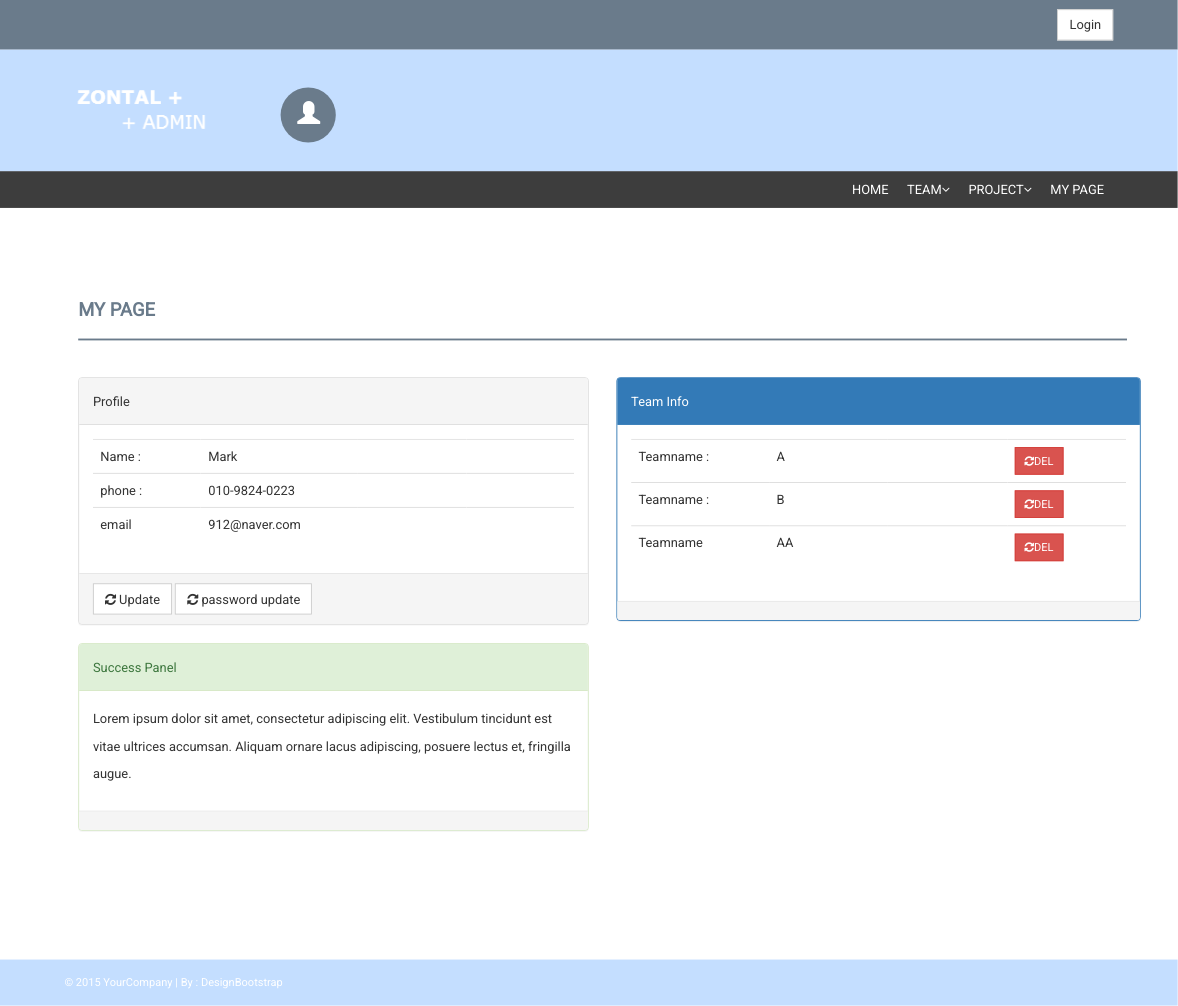
Repository: hwju91/skuniv
Page: http://localhost/0903.2/WEB-INF/jsp/mypage.jsp
These files come from the project's save history. The page is drawn as it stood at one moment and after the next save; the edit follows.
The browser window is 1280 px wide. The pictures show the whole page, at 92% of full size.
The page is served by Tomcat 9. Nobody is signed in. Other server files are loaded and not shown. The template is opened directly, without the code that normally fills it, so the values that code supplies are empty.

Above is the page before, as saved 2016-09-06 10:28:50.

### 0903.2/WebContent/WEB-INF/jsp/mypage.jsp
<%@ page language="java" contentType="text/html; charset=UTF-8"
	pageEncoding="UTF-8"%>
<jsp:include page="header_index.jsp" />
<jsp:include page="nav.jsp" />
<jsp:include page="menu_mypage.jsp" />


 <div class="content-wrapper">
            <div class="container">

            <div class="row">
				<div class="col-md-12">
					<h1 class="page-head-line">My page</h1>
				</div>
			</div>


			 <div class="row">
                <div class="col-md-6 col-sm-6">
                    <div class="panel panel-default">
                        <div class="panel-heading">
                            Profile
                        </div>
                        <div class="panel-body">
                            <div class="table-responsive">
                                <table class="table">
                                    <thead>
                                        <!-- <tr>
                                            <th>#</th>
                                            <th>First Name</th>
                                            <th>Last Name</th>
                                            <th>Username</th>
                                        </tr> -->
                                    </thead>
                                    <tbody>
                                        <tr>
                                            <td>Name :</td>
                                            <td>Mark</td>
                                            <td> </td>
                                            <td> </td>
                                        </tr>
                                        <tr>
                                            <td>phone : </td>
                                            <td>010-9824-0223</td>
                                            <td></td>
                                            <td></td>
                                        </tr>
                                        <tr>
                                            <td>email</td>
                                            <td>912@naver.com</td>
                                            <td></td>
                                            <td></td>
                                        </tr>

                                    </tbody>
                                </table>
                            </div>
                        </div>


                        <div class="panel-footer">
                            <a href="#" class="btn btn-default"><i class=" fa fa-refresh "></i> Update</a>
                            <a href="#" class="btn btn-default"><i class=" fa fa-refresh "></i> password update</a>
                        </div>
                    </div>

                </div>
                <div class="row">
                <div class="col-md-6 col-sm-6">
                    <div class="panel panel-primary">
                        <div class="panel-heading">
                            	Team Info
                        </div>
                         <div class="panel-body">
                            <div class="table-responsive">
                                <table class="table">
                                    <thead>
                                        <!-- <tr>
                                            <th>#</th>
                                            <th>First Name</th>
                                            <th>Last Name</th>
                                            <th>Username</th>
                                        </tr> -->
                                    </thead>
                                    <tbody>
                                        <tr>
                                            <td>Teamname :</td>
                                            <td>A</td>
                                            <td> </td>
                                            <td>  <a href="#" class="btn btn-danger btn-sm"><i class=" fa fa-refresh "></i>DEL</a></td>
                                        </tr>
                                        <tr>
                                            <td>Teamname : </td>
                                            <td>B</td>
                                            <td></td>
                                            <td><a href="#" class="btn btn-danger btn-sm"><i class=" fa fa-refresh "></i>DEL</a></td>
                                        </tr>
                                        <tr>
                                            <td>Teamname</td>
                                            <td>AA</td>
                                            <td></td>
                                            <td><a href="#" class="btn btn-danger btn-sm"><i class=" fa fa-refresh "></i>DEL</a></td>
                                        </tr>

                                    </tbody>
                                </table>
                            </div>
                        </div>
                        <div class="panel-footer">
                        </div>
                    </div>
                </div>
                </div>
               <!--  <div class="col-md-6 col-sm-6">
                    <div class="panel panel-success">
                        <div class="panel-heading">
                            message
                        </div>

                        <div class="panel-footer">
                            Panel Footer
                        </div>
                    </div>
                </div> -->

                 <div class="col-md-6 col-sm-6">
                    <div class="panel panel-success">
                        <div class="panel-heading">
                            Success Panel
                        </div>
                        <div class="panel-body">
                            <p>Lorem ipsum dolor sit amet, consectetur adipiscing elit. Vestibulum tincidunt est vitae ultrices accumsan. Aliquam ornare lacus adipiscing, posuere lectus et, fringilla augue.</p>
                        </div>
                        <div class="panel-footer">
                             <!-- <a href="#" class="btn btn-default"><i class=" fa fa-refresh "></i> password update</a> -->
                        </div>
                    </div>
                </div>
            </div>

            <!-- <div class="row">
                <div class="col-md-10 col-sm-10">
                    <div class="panel panel-default">
                        <div class="panel-heading">
                            Basic Tabs
                        </div>
                        <div class="panel-body">
                            <ul class="nav nav-tabs">
                                <li class="active"><a href="#team" data-toggle="tab">Home</a>
                                </li>
                                <li class=""><a href="#profile" data-toggle="tab">Profile</a>
                                </li>
                                <li class=""><a href="#messages" data-toggle="tab">Messages</a>
                                </li>
                                <li class=""><a href="#settings" data-toggle="tab">Settings</a>
                                </li>
                            </ul>

                            <div class="tab-content">
                                <div class="tab-pane fade active in" id="team">
                                    <h4>Home Tab</h4>
                                    <p>Lorem ipsum dolor sit amet, consectetur adipisicing elit, sed do eiusmod tempor incididunt ut labore et dolore magna aliqua. Ut enim ad minim veniam, quis nostrud exercitation ullamco laboris nisi ut aliquip ex ea commodo consequat. Duis aute irure dolor in reprehenderit in voluptate velit esse cillum dolore eu fugiat nulla pariatur. Excepteur sint occaecat cupidatat non proident, sunt in culpa qui officia deserunt mollit anim id est laborum.</p>
                                </div>
                                <div class="tab-pane fade" id="profile">
                                    <h4>Profile Tab</h4>
                                    <p>Lorem ipsum dolor sit amet, consectetur adipisicing elit, sed do eiusmod tempor incididunt ut labore et dolore magna aliqua. Ut enim ad minim veniam, quis nostrud exercitation ullamco laboris nisi ut aliquip ex ea commodo consequat. Duis aute irure dolor in reprehenderit in voluptate velit esse cillum dolore eu fugiat nulla pariatur. Excepteur sint occaecat cupidatat non proident, sunt in culpa qui officia deserunt mollit anim id est laborum.</p>
                                </div>
                                <div class="tab-pane fade" id="messages">
                                    <h4>Messages Tab</h4>
                                    <p>Lorem ipsum dolor sit amet, consectetur adipisicing elit, sed do eiusmod tempor incididunt ut labore et dolore magna aliqua. Ut enim ad minim veniam, quis nostrud exercitation ullamco laboris nisi ut aliquip ex ea commodo consequat. Duis aute irure dolor in reprehenderit in voluptate velit esse cillum dolore eu fugiat nulla pariatur. Excepteur sint occaecat cupidatat non proident, sunt in culpa qui officia deserunt mollit anim id est laborum.</p>
                                </div>
                                <div class="tab-pane fade" id="settings">
                                    <h4>Settings Tab</h4>
                                    <p>Lorem ipsum dolor sit amet, consectetur adipisicing elit, sed do eiusmod tempor incididunt ut labore et dolore magna aliqua. Ut enim ad minim veniam, quis nostrud exercitation ullamco laboris nisi ut aliquip ex ea commodo consequat. Duis aute irure dolor in reprehenderit in voluptate velit esse cillum dolore eu fugiat nulla pariatur. Excepteur sint occaecat cupidatat non proident, sunt in culpa qui officia deserunt mollit anim id est laborum.</p>
                                </div>
                            </div>
                        </div>
                    </div>
                </div>

            </div> -->


        </div><!-- container end -->
    </div><!-- content-wrapper  -->



<jsp:include page="footer.jsp" />

### 0903.2/WebContent/WEB-INF/jsp/header_index.jsp
<%@ page language="java" contentType="text/html; charset=UTF-8"
    pageEncoding="UTF-8"%>
<!DOCTYPE html PUBLIC "-//W3C//DTD HTML 4.01 Transitional//EN" "http://www.w3.org/TR/html4/loose.dtd">
<html>
<head>
    <title>Winder</title>

    <link href="css/bootstrap.css" rel="stylesheet" />
    <link href="css/font-awesome.css" rel="stylesheet" />
    <link href="css/style.css" rel="stylesheet" />

	<style>
		.carousel-inner > .item > img,
		.carousel-inner > .item > a > img {
	      width: 90%;
	      height: 500px;
	      margin: auto;
	    }
	</style>

</head>
</head>

### 0903.2/WebContent/WEB-INF/jsp/nav.jsp
<%@ page language="java" contentType="text/html; charset=UTF-8"
    pageEncoding="UTF-8"%>
<body>
    <header>
        <div class="container">
            <div class="row">
                <div class="col-md-12">
                    <!-- <strong>Email: </strong>info@yourdomain.com
                    &nbsp;&nbsp;
                    <strong>Support: </strong>+90-897-678-44 -->
                    <%
                    if("loginok".equals((String)session.getAttribute("loginchk"))){
                    	%>
                    	<a class="btn btn-default" href="logout">Logout</a>
                    <%}
                    else{
                    %>
                    	<a class="btn btn-default" href="login">Login</a>
                    <% }%>

                </div>

            </div>
        </div>
    </header>
    <!-- HEADER END-->
    <div class="navbar navbar-inverse set-radius-zero">
        <div class="container">
            <div class="navbar-header">
                <button type="button" class="navbar-toggle" data-toggle="collapse" data-target=".navbar-collapse">
                    <span class="icon-bar"></span>
                    <span class="icon-bar"></span>
                    <span class="icon-bar"></span>
                </button>
                <a class="navbar-brand" href="index.html">
                    <img src="img/logo.png" />
                </a>

            </div>

            <div class="left-div">
                <div class="user-settings-wrapper">
                    <ul class="nav">

                        <li class="dropdown">
                            <a class="dropdown-toggle" data-toggle="dropdown" href="#" aria-expanded="false">
                                <span class="glyphicon glyphicon-user" style="font-size: 25px;"></span>
                            </a>
                            <div class="dropdown-menu dropdown-settings" style="color: #fff">
                                <div class="media">
                                    <a class="media-left" href="#">
                                        <img src="img/64-64.jpg" alt="" class="img-rounded" />
                                    </a>
                                    <div class="media-body">
                                        <h4 class="media-heading">Jhon Deo Alex </h4>
                                        <h5>Developer & Designer</h5>

                                    </div>
                                </div>
                                <hr />
                                <h5><strong>Personal Bio : </strong></h5>
                                Anim pariatur cliche reprehen derit.
                                <hr />
                                <a href="#" class="btn btn-info btn-sm">Full Profile</a>&nbsp; <a href="login.html" class="btn btn-danger btn-sm">Logout</a>

                            </div>
                        </li>


                    </ul>
                </div>
            </div>
        </div>
    </div>
    <!-- LOGO HEADER END-->

### 0903.2/WebContent/WEB-INF/jsp/menu_mypage.jsp
<%@ page language="java" contentType="text/html; charset=UTF-8"
    pageEncoding="UTF-8"%>
<%@taglib prefix="c"  uri="http://java.sun.com/jsp/jstl/core" %>
<section class="menu-section">
        <div class="container">
            <div class="row">
                <div class="col-md-12">
                    <div class="navbar-collapse collapse ">
                        <ul id="menu-top" class="nav navbar-nav navbar-right">
                            <li><a class="menu-top" href="home">Home</a></li>
                            <li class="dropdown">
                                <a href="#" class="dropdown-toggle" data-toggle="dropdown">Team<i class="fa fa-angle-down"></i></a>
                                <ul class="dropdown-menu">
                                    <li><a href="teamCreateform">팀 생성</a></li>
                                    <c:forEach items="${teammenu }" var="tmenu">
                                    <li><a href="projectlist?tno=${tmenu.tno }">${tmenu.name }</a></li>
                                    </c:forEach>
                                </ul>
                            </li>
                            <li class="dropdown">
                                <a href="#" class="dropdown-toggle" data-toggle="dropdown">Project<i class="fa fa-angle-down"></i></a>
                                <ul class="dropdown-menu">
                                    <li><a href="projectform">프로젝트 생성</a></li>
                                    <c:forEach items="${projectmenu }" var="pmenu">
                                    <li><a href="projectmain?pno=${pmenu.pno }">${pmenu.name }</a></li>
                                    </c:forEach>
                                </ul>
                            </li>
                             <li><a class="menu-top" href="mypage">My Page</a></li>

                        </ul>
                    </div>
                </div>

            </div>
        </div>
    </section>
    <!-- MENU SECTION END-->
    <div class="content-wrapper">
        <div class="container">

### 0903.2/WebContent/WEB-INF/jsp/footer.jsp
<%@ page language="java" contentType="text/html; charset=UTF-8"
    pageEncoding="UTF-8"%>
 </div>
    </div>
    <!-- CONTENT-WRAPPER SECTION END-->
    <footer>
        <div class="container">
            <div class="row">
                <div class="col-md-12">
                    &copy; 2015 YourCompany | By : <a href="http://www.designbootstrap.com/" target="_blank">DesignBootstrap</a>
                </div>

            </div>
        </div>
    </footer>
    <!-- script -->
<script src="js/jquery-2.2.3.min.js"></script>
<script src="js/bootstrap.js"></script>
</body>
</html>

### 0903.2/WebContent/css/style.css

/*=============================================================
    Authour URL: www.designbootstrap.com

    http://www.designbootstrap.com/

    License: MIT

    http://opensource.org/licenses/MIT

    100% Free To use For Personal And Commercial Use.

    IN EXCHANGE JUST TELL PEOPLE ABOUT THIS WEBSITE

========================================================  */


/* =============================================================
   GENERAL STYLES
 ============================================================ */

@import url(http://fonts.googleapis.com/css?family=Roboto); /* FREE GOOGLE FONT */

body {
    font-family: 'Roboto', sans-serif;
    line-height: 30px;
}

.set-radius-zero {
    border-radius: 0px;
    -moz-border-radius: 0px;
    -webkit-border-radius: 0px;
}

.content-wrapper {
    margin-top: 40px;
    min-height: 600px;
    padding-bottom: 60px;
}

.page-head-line {
    font-weight: 900;
    padding-bottom: 20px;
    border-bottom: 2px solid #6A7B8B;
    text-transform: uppercase;
    color: #6A7B8B;
    font-size: 20px;
    margin-bottom: 40px;
}

.btn {
    border-radius: 0px;
    -webkit-border-radius: 0px;
    -moz-border-radius: 0px;
}

.progress {
    height: 8px;
    border-radius: 0px;
    -webkit-border-radius: 0px;
    -moz-border-radius: 0px;
}
.login-icon {
    height: 60px;
width: 60px;
padding: 13px;
border-radius: 50%;
font-size: 30px;
margin-bottom: 20px;
color: #fff;
text-align: center;
cursor:pointer;
background-color:#6A7B8B;
-webkit-border-radius:50%;
    -moz-border-radius:50%;
}
/* =============================================================
   HEADER SECTION STYLES
 ============================================================ */
header {
    background-color: #6A7B8B;
    color: #fff;
    padding: 10px;
    text-align: right;
}


/* =============================================================
   LOGO SECTION STYLES
 ============================================================ */
.left-div {
    padding-left: 30px;
    margin-top: 40px;
    margin-bottom: 30px;
}

.navbar-brand {
    width: 250px;
    padding-top: 30px;
}

/* USER SETTINGS DIV */
.user-settings-wrapper .nav > li > a {
    position: relative;
    display: block;
    padding: 15px 18px;
    border-radius: 50%;
    -webkit-border-radius: 50%;
    -moz-border-radius: 50%;
    height: 60px;
    width: 60px;
    background-color: #6A7B8B;
    color: #fff;
}

.user-settings-wrapper {
    margin-top: 10px;
}

    .user-settings-wrapper li {
        display: inline-block;
    }

    .user-settings-wrapper .dropdown-settings {
        width: 200px;
        padding: 10px;
    }

    .user-settings-wrapper .nav > li > a:hover,.user-settings-wrapper .nav > li > a:focus {
        text-decoration: none;
        background-color: #C4DEFF!important;
    }

    .user-settings-wrapper img {
        height: 64px;
        width: 64px;
        border: 1px solid #000000;
    }

    .user-settings-wrapper .dropdown-menu {
        margin: 0px;
        border-radius: 0px!important;
        -moz-border-radius: 0px!important;
        -webkit-border-radius: 0px!important;
    }

    .user-settings-wrapper .btn {
        border-radius: 0px!important;
        -moz-border-radius: 0px!important;
        -webkit-border-radius: 0px!important;
    }

    .user-settings-wrapper .media-heading {
        padding-top: 10px;
    }

/* MENU LINKS SECTION*/

.menu-section {
    background-color: #3D3D3D;
}

#menu-top a {
    color: #FFF;
    text-decoration: none;
    font-weight: 500;
    padding: 10px 10px 10px 10px;
    text-transform: uppercase;
}

.menu-top-active {
    background-color: #C4DEFF;
}

.menu-section .nav > li > a:hover,.menu-section .nav > li > a:focus {
    background-color: #6A7B8B!important;
}

.menu-section .dropdown-menu > li > a:hover,.menu-section .dropdown-menu > li > a:focus {
    background-color: #6A7B8B!important;
}

.navbar-inverse {
    background-color: #C4DEFF;
    border-color: transparent;
}

.navbar-toggle {
    background-color: #6A7B8B;
    border: 1px solid #fff;
}

.navbar {
    margin-bottom: 0px;
}
/* =============================================================
   FOOTER SECTION STYLES
 ============================================================ */
footer {
    padding: 10px;
    color: #fff;
    font-size: 12px;
    background-color: #C4DEFF;
}

    footer a, footer a:hover {
        color: #fff;
        text-decoration: none;
    }

/*==============================================
    DASHBOARD  STYLES
 =============================================*/

/* DASHBOARD ICONS */

.bk-clr-one {
    background-color: #B9B739;
}

.bk-clr-two {
    background-color: #F94C4C;
}

.bk-clr-three {
    background-color: #119c7e;
}

.bk-clr-four {
    background-color: #b739b9;
}

.dashboard-div-icon {
    height: 75px;
    width: 75px;
    border: 2px solid #fff;
    padding: 20px;
    border-radius: 50%;
    -webkit-border-radius:50%;
    -moz-border-radius:50%;
    font-size: 30px;
    margin-bottom: 20px;
    color: #fff;
}

.dashboard-div-wrapper {
    border-radius: 5px;
    text-align: center;
    padding: 15px;
    color: #fff;
    margin-bottom: 50px;
}

    .dashboard-div-wrapper .progress {
        height: 2px;
    }

/* NOTICE BOARD */


.notice-board .panel {
    border-radius: 0px;
    -webkit-border-radius: 0px;
    -moz-border-radius: 0px;
}

.notice-board ul {
    padding-left: 0px;
    list-style: none;
}

.notice-board li {
    padding: 10px;
    border-bottom: 1px solid #E5E5E5;
}

    .notice-board li span {
        margin-right: 10px;
        border: 1px solid #DBDBDB;
        padding: 5px;
    }

    .notice-board li a, li a:hover {
        text-decoration: none;
        color: #000;
    }

/* SOCIAL BUTTONS */
.btn-social {
    color: white;
    opacity: 0.8;
}

    .btn-social:hover {
        color: white;
        opacity: 1;
        text-decoration: none;
    }

.btn-facebook {
    background-color: #3b5998;
}

.btn-twitter {
    background-color: #00aced;
}

.btn-linkedin {
    background-color: #0e76a8;
}

.btn-google {
    background-color: #c32f10;
}

Loaded but not shown: 0903.2/WebContent/css/bootstrap.css (library); 0903.2/WebContent/css/font-awesome.css (library); 0903.2/WebContent/js/jquery-2.2.3.min.js (library); 0903.2/WebContent/js/bootstrap.js (library)

After the next save:
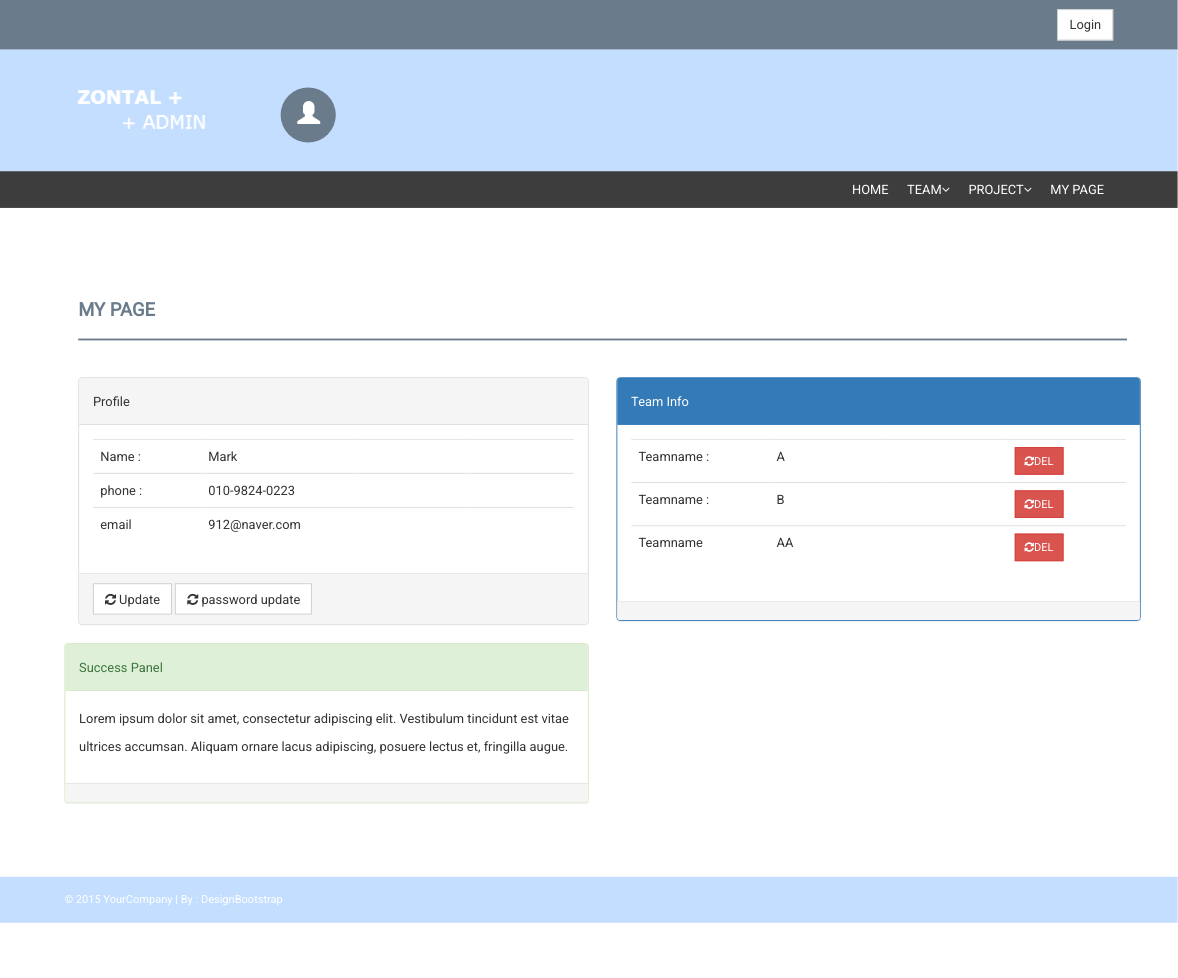
Saved 23 s later.
--- a/0903.2/WebContent/WEB-INF/jsp/mypage.jsp
+++ b/0903.2/WebContent/WEB-INF/jsp/mypage.jsp
@@ -122,7 +122,7 @@
                         </div>
                     </div>
                 </div> -->
-
+                <div class="row">
                  <div class="col-md-6 col-sm-6">
                     <div class="panel panel-success">
                         <div class="panel-heading">
